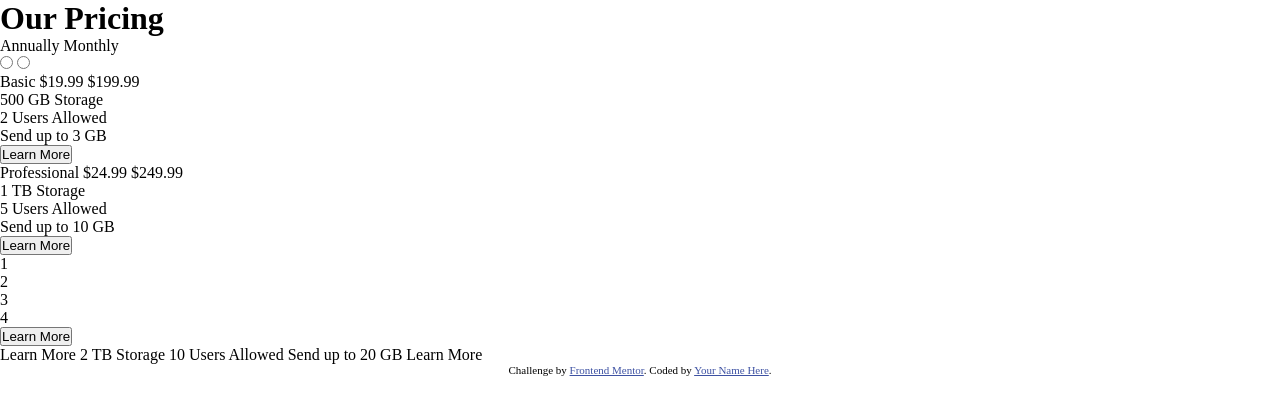
Repository: JuzzJoel/pricing-component-with-toggle-master
Page: index.html
An editor plug-in stored every save of this project. The page is shown before and after a run of saves, followed by the edit.
The browser window is 1280 px wide. The pictures show the whole page.

Above is the page before, as saved 2025-05-24 07:51:12.

After the next 3 saves:
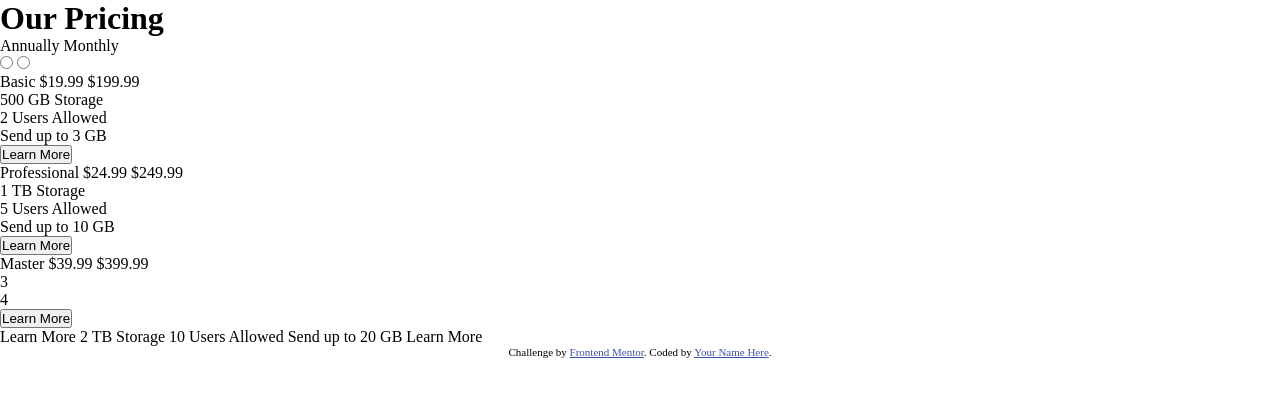
The 3 saves are shown as one change because they came seconds apart.
The last was saved 10 s later.
--- a/index.html
+++ b/index.html
@@ -79,8 +79,10 @@
             <div class="rows"><button>Learn More</button></div>
           </div>
           <div class="card">
-            <div class="rowshead">1</div>
-            <div class="rows">2</div>
+            <div class="rowshead">Master
+            &dollar;39.99
+            &dollar;399.99</div>
+            <div class="rows"></div>
             <div class="rows">3</div>
             <div class="rows">4</div>
             <div class="rows"><button>Learn More</button></div>
